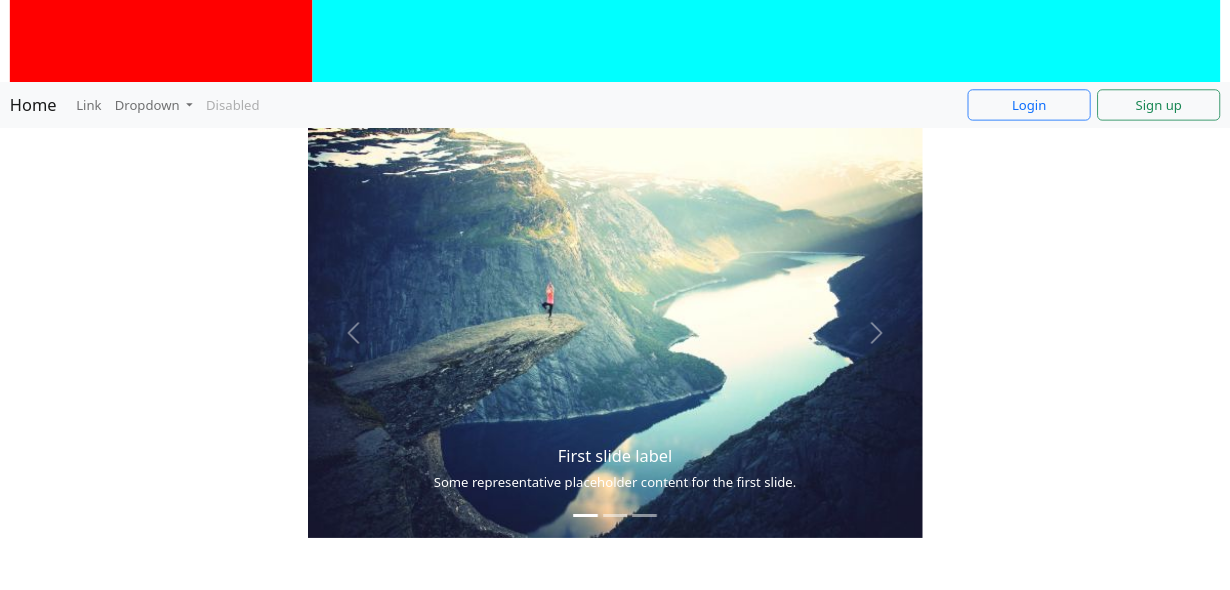
Repository: nguyenhung50497/MD2_bootstrap
Page: BT_giaoDienWeb/index.html
These files come from the project's save history. The page is drawn as it stood at one moment and after a run of saves; the edit follows.
The browser window is 1280 px wide. The page is 1500 px wide, so the pictures cover 1500 px, including what lies to the right of the window. The pictures show the whole page, at 82% of full size.

Above is the page before, as saved 2022-11-30 13:58:46.

After the next 8 saves:
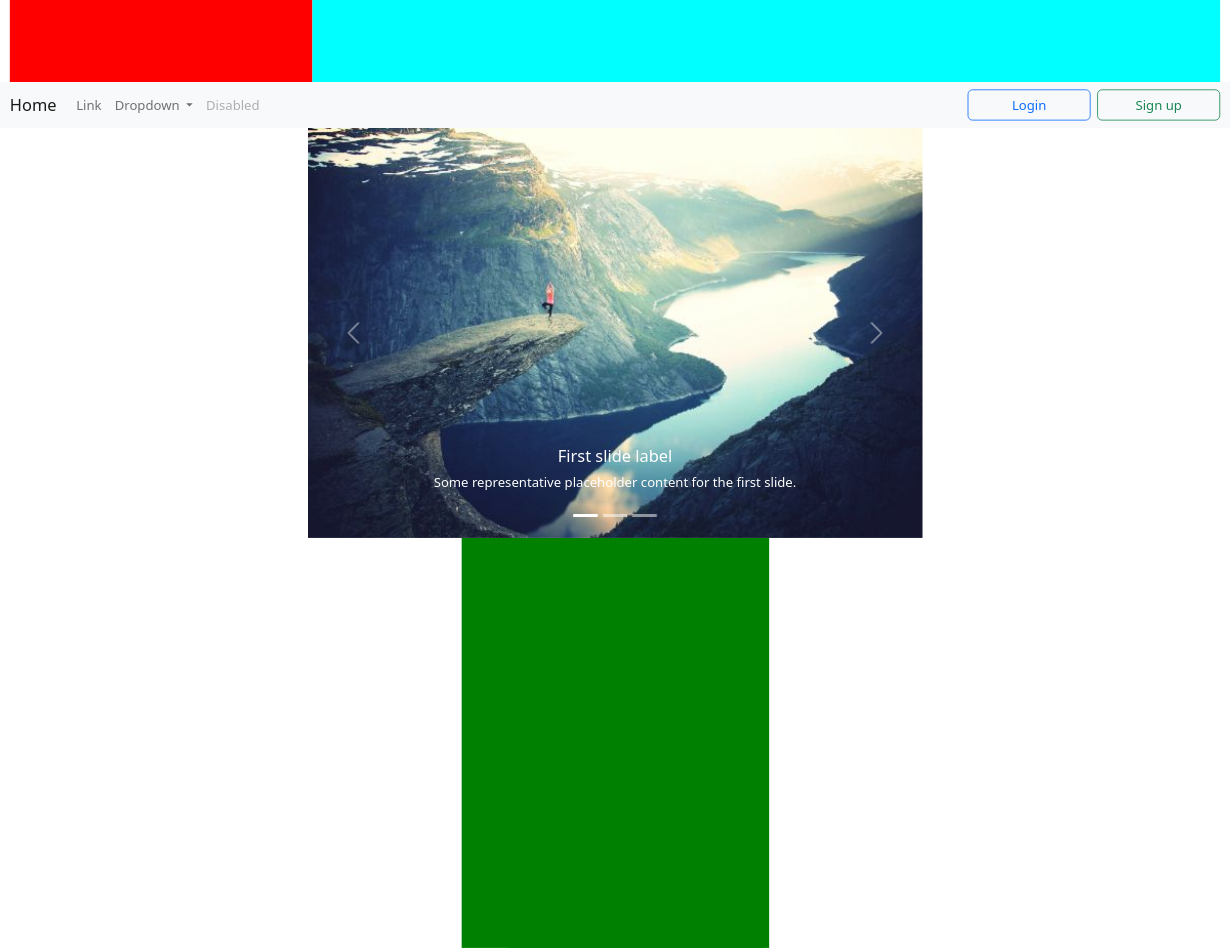
The 8 saves are shown as one change because they came seconds apart.
The last was saved 21 s later.
--- a/BT_giaoDienWeb/index.html
+++ b/BT_giaoDienWeb/index.html
@@ -17,7 +17,10 @@
         background-color: aqua;
         height: 100px;
     }
-    .r
+    .right {
+        background-color: green;
+        height: 500px;
+    }
 </style>
 <body>
 <center>
